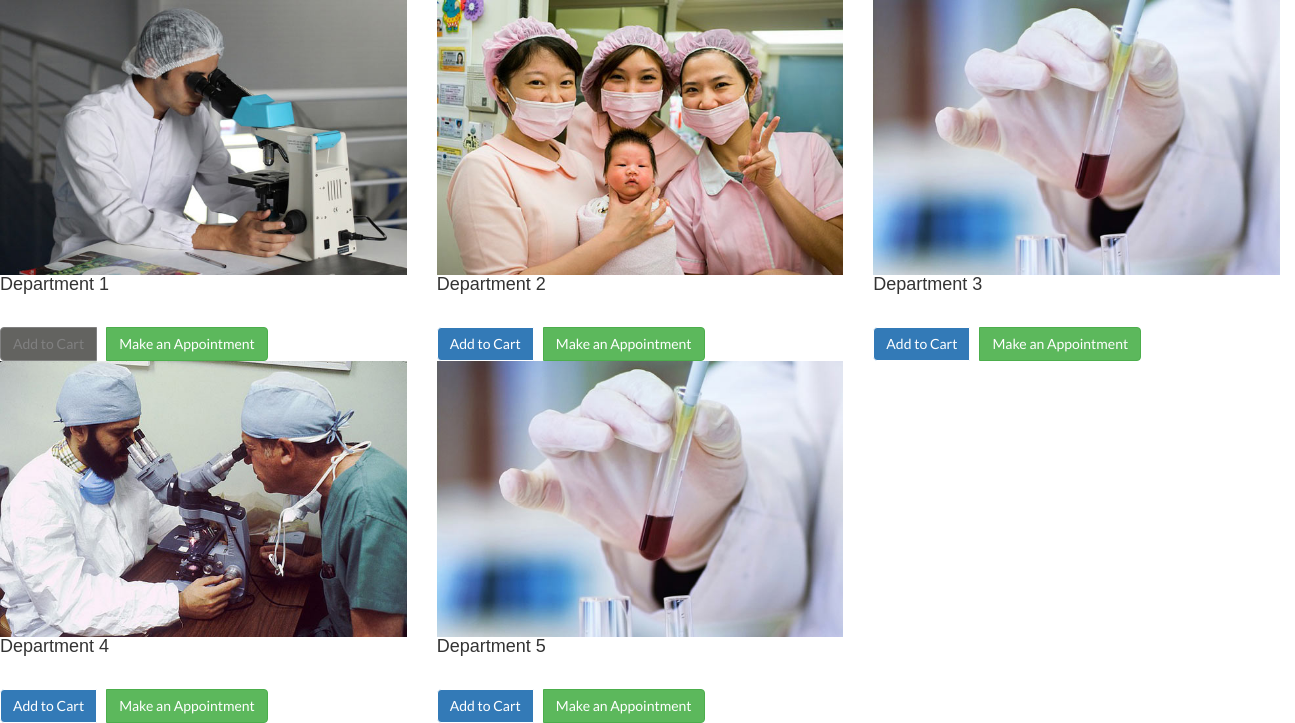
Repository: 72-faisal/work_to_do
Page: http://localhost/Khajina_Doctor/Department-home.jsp
These files come from the project's save history. The page is drawn as it stood at one moment and after the next save; the edit follows.
The browser window is 1280 px wide. The page is 1295 px wide, so the pictures cover 1295 px, including what lies to the right of the window. The pictures show the whole page.
The pointer rests on the first visible `.btn-primary`.
Some web fonts or font styles are not loaded; a fallback is used. The page is served by Tomcat 9. Other server files are loaded and not shown.

Above is the page before, as saved 2023-04-15 19:47:15.

### Khajina_Doctor/Khajina_Doctor/src/main/webapp/Department-home.jsp
<%@ page language="java" contentType="text/html; charset=ISO-8859-1"
    pageEncoding="ISO-8859-1"%>
<!DOCTYPE html>
<html>
<head>
<meta charset="ISO-8859-1">
<title>KhajjinaDoc a Medical Online Solution |</title>
<!-- for-meta-tags-->
<meta name="viewport" content="width=device-width, initial-scale=1">
<meta http-equiv="Content-Type" content="text/html; charset=utf-8" />
<meta name="keywords" content="Health Plus Responsive web template, Bootstrap Web Templates, Flat Web Templates, Android Compatible web template,
Smartphone Compatible web template, free web designs for Nokia, Samsung, LG, SonyEricsson, Motorola web design" />
<script type="application/x-javascript"> addEventListener("load", function() { setTimeout(hideURLbar, 0); }, false);
		function hideURLbar(){ window.scrollTo(0,1); } </script>
<!-- //for-meta-tags-->
<link href="css/bootstrap.css" rel="stylesheet" type="text/css" media="all" />
<link rel="stylesheet" href="css/flexslider.css" type="text/css" media="screen" Department="" />
<link href="css/services.css" rel="stylesheet" type="text/css" media="all" />
<link href="css/ziehharmonika.css" rel="stylesheet" type="text/css">
<link href="css/JiSlider.css" rel="stylesheet">
<link href="css/style.css" rel="stylesheet" type="text/css" media="all" />
<!-- font-awesome icons -->
<link href="css/font-awesome.css" rel="stylesheet">
<!-- //font-awesome icons -->
<link href="//fonts.googleapis.com/css?family=Raleway:200,200i,300,300i,400,400i,500,500i,600,600i,700,700i,800" rel="stylesheet">
<link href="//fonts.googleapis.com/css?family=Lato:300,300i,400,400i,700,900" rel="stylesheet">
<style>
.department .btn-group .btn:first-child {
  margin-right: 10px;
}

.btn-primary:hover {
  filter: brightness(50%);
}

</style>
</head>
<body>
<div class="department-box">
    <div class="row">
        <div class="col-md-4 department">
            <img src="images/g1.jpg" alt=" " class="img-responsive" />
            <div class="overlay">
                <h4>Department 1</h4>
                <ul class="social_agileinfo">
                    <li><a href="#" class="w3_facebook"><i class="fa fa-facebook"></i></a></li>
                    <li><a href="#" class="w3_twitter"><i class="fa fa-twitter"></i></a></li>
                    <li><a href="#" class="w3_instagram"><i class="fa fa-instagram"></i></a></li>
                    <li><a href="#" class="w3_google"><i class="fa fa-google-plus"></i></a></li>
                </ul>
                <div class="btn-group" role="group">
                    <button type="button" class="btn btn-primary">Add to Cart</button>
                    <button type="button" class="btn btn-success">Make an Appointment</button>
                </div>
            </div>
        </div>
        <div class="col-md-4 department">
            <img src="images/g2.jpg" alt=" " class="img-responsive" />
            <div class="overlay">
                <h4>Department 2</h4>
                <ul class="social_agileinfo">
                    <li><a href="#" class="w3_facebook"><i class="fa fa-facebook"></i></a></li>
                    <li><a href="#" class="w3_twitter"><i class="fa fa-twitter"></i></a></li>
                    <li><a href="#" class="w3_instagram"><i class="fa fa-instagram"></i></a></li>
                    <li><a href="#" class="w3_google"><i class="fa fa-google-plus"></i></a></li>
                </ul>
                <div class="btn-group" role="group">
                    <button type="button" class="btn btn-primary">Add to Cart</button>
                    <button type="button" class="btn btn-success">Make an Appointment</button>
                </div>
            </div>
        </div>
        <div class="col-md-4 department">
            <img src="images/g3.jpg" alt=" " class="img-responsive" />
            <div class="overlay">
                <h4>Department 3</h4>
                <ul class="social_agileinfo">
                    <li><a href="#" class="w3_facebook"><i class="fa fa-facebook"></i></a></li>
                    <li><a href="#" class="w3_twitter"><i class="fa fa-twitter"></i></a></li>
                    <li><a href="#" class="w3_instagram"><i class="fa fa-instagram"></i></a></li>
                    <li><a href="#" class="w3_google"><i class="fa fa-google-plus"></i></a></li>
                </ul>
                <div class="btn-group" role="group">
                    <button type="button" class="btn btn-primary">Add to Cart</button>
                    <button type="button" class="btn btn-success">Make an Appointment</button>
                </div>
            </div>
        </div>
    </div>
    <div class="row">
        <div class="col-md-4 department">
            <img src="images/g4.jpg" alt=" " class="img-responsive" />
            <div class="overlay">
                <h4>Department 4</h4>
                <ul class="social_agileinfo">
                    <li><a href="#" class="w3_facebook"><i class="fa fa-facebook"></i></a></li>
                    <li><a href="#" class="w3_twitter"><i class="fa fa-twitter"></i></a></li>
                    <li><a href="#" class="w3_instagram"><i class="fa fa-instagram"></i></a></li>
                    <li><a href="#" class="w3_google"><i class="fa fa-google-plus"></i></a></li>
                </ul>
                <div class="btn-group" role="group">
                    <button type="button" class="btn btn-primary">Add to Cart</button>
                    <button type="button" class="btn btn-success">Make an Appointment</button>
                </div>
            </div>
        </div>
         <div class="col-md-4 department">
            <img src="images/g3.jpg" alt=" " class="img-responsive" />
            <div class="overlay">
                <h4>Department 5</h4>
                <ul class="social_agileinfo">
                    <li><a href="#" class="w3_facebook"><i class="fa fa-facebook"></i></a></li>
                    <li><a href="#" class="w3_twitter"><i class="fa fa-twitter"></i></a></li>
                    <li><a href="#" class="w3_instagram"><i class="fa fa-instagram"></i></a></li>
                    <li><a href="#" class="w3_google"><i class="fa fa-google-plus"></i></a></li>
                </ul>
                <div class="btn-group" role="group">
                    <button type="button" class="btn btn-primary">Add to Cart</button>
                    <button type="button" class="btn btn-success">Make an Appointment</button>
                </div>
            </div>
        </div>
    </div>
    </div>

</body>
</html>

### Khajina_Doctor/Khajina_Doctor/src/main/webapp/css/flexslider.css
/*
 * jQuery FlexSlider v2.0
 * http://www.woothemes.com/flexslider/
 *
 * Copyright 2012 WooThemes
 * Free to use under the GPLv2 license.
 * http://www.gnu.org/licenses/gpl-2.0.html
 *
 * Contributing author: Tyler Smith (@mbmufffin)
 */
/* Browser Resets */
.flex-container a:active,
.flexslider a:active,
.flex-container a:focus,
.flexslider a:focus  {outline: none;}
.slides,
.flex-control-nav,
.flex-direction-nav {margin: 0; padding: 0; list-style: none;}

/* FlexSlider Necessary Styles
*********************************/
.flexslider .slides > li {display: none; -webkit-backface-visibility: hidden;} /* Hide the slides before the JS is loaded. Avoids image jumping */
.flexslider .slides img {margin: 0 auto; display: block;}
.flex-pauseplay span {text-transform: capitalize;}

/* Clearfix for the .slides element */
.slides:after {content: "."; display: block; clear: both; visibility: hidden; line-height: 0; height: 0;}
html[xmlns] .slides {display: block;}
* html .slides {height: 1%;}

/* No JavaScript Fallback */
/* If you are not using another script, such as Modernizr, make sure you
 * include js that eliminates this class on page load */
.no-js .slides > li:first-child {display: block;}


/* FlexSlider Default Theme
*********************************/
.flexslider {
	border: 0px;
	position: relative;
	zoom: 1;
	overflow: hidden;
}
.flex-viewport {max-height: 2000px; -webkit-transition: all 1s ease; -moz-transition: all 1s ease; transition: all 1s ease;}
.loading .flex-viewport {max-height: 300px;}
.flexslider .slides {zoom: 1;}

.carousel li {margin-right: 5px}


/* Direction Nav */
.flex-direction-nav a {
	margin: 0;
    background: none;
    position: absolute;
    z-index: 10;
    cursor: pointer;
    opacity: .8;
    -webkit-transition: all .3s ease;
    font-family: FontAwesome;
    font-size: 2em;
    color: #fff;
	text-decoration: none;
	top: 50%;
}
.flex-direction-nav .flex-next {
    right: 5%;
}
.flex-direction-nav .flex-prev {
	left:5%;
}
.flex-direction-nav .flex-next:before{
	content:"\f178";
}
.flex-direction-nav .flex-prev:before{
	content:"\f177";
}
.flexslider:hover .flex-next {opacity: 1;}
.flexslider:hover .flex-prev {opacity: 1;}
.flexslider:hover .flex-next:hover, .flexslider:hover .flex-prev:hover {opacity: 1;}
.flex-direction-nav .flex-disabled {opacity: .3!important; filter:alpha(opacity=30); cursor: default;}
/* Control Nav */
.flex-control-nav {
	display: block;
    position: absolute;
    right: 5%;
    top: 20%;
}
.flex-control-nav li {
    margin: 15px 0;
    display: block;
    zoom: 1;
    position: relative;
}
.flex-control-paging li a {
	width: 15px;
    height: 15px;
    display: none;
    cursor: pointer;
    text-indent: -9999px;
    border: 5px solid rgba(255, 255, 255, 0.38);
    background: #bababa;
    text-align: center;
    border-radius: 15px;
}
.flex-control-paging li a.flex-active {
	background:#ff464f;
	cursor: default;
	transform: rotateX(360deg);
	-webkit-transform: rotateX(360deg);
	-moz-transform: rotateX(360deg);
	-o-transform: rotateX(360deg);
	-ms-transform: rotateX(360deg);
    transition: transform 2s;
}
.flex-control-thumbs {margin: 5px 0 0; position: static; overflow: hidden;}
.flex-control-thumbs li {width: 25%; float: left; margin: 0;}
.flex-control-thumbs img {width: 100%; display: block; opacity: .7; cursor: pointer;}
.flex-control-thumbs img:hover {opacity: 1;}
.flex-control-thumbs .flex-active {opacity: 1; cursor: default;}
@media screen and (max-width:1366px) {

}
@media screen and (max-width:1080px) {

}
@media screen and (max-width: 991px){

}
@media screen and (max-width: 667px){

}
@media screen and (max-width: 640px){

}
@media screen and (max-width: 600px){

}
@media screen and (max-width: 480px) {
	section.slider {
		padding-top: 0;
	}

}
@media screen and (max-width: 414px){

}
@media screen and (max-width: 384px){

}
@media screen and (max-width: 375px) {

}
@media screen and (max-width: 320px) {

}

### Khajina_Doctor/Khajina_Doctor/src/main/webapp/css/services.css
.ch-item {
	width: 100%;
	height: 100%;
	border-radius: 50%;
	position: relative;
	cursor: default;
	-webkit-perspective: 900px;
	-moz-perspective: 900px;
	-o-perspective: 900px;
	-ms-perspective: 900px;
	perspective: 900px;
}
.ch-info{
	position: absolute;
	width: 100%;
	height: 100%;
	-webkit-transform-style: preserve-3d;
	-moz-transform-style: preserve-3d;
	-o-transform-style: preserve-3d;
	-ms-transform-style: preserve-3d;
	transform-style: preserve-3d;
}
.ch-info > div {
	display: block;
	position: absolute;
	width: 100%;
	height: 100%;
	border-radius: 50%;
	background-position: center center;
	-webkit-transition: all 0.4s linear;
	-moz-transition: all 0.4s linear;
	-o-transition: all 0.4s linear;
	-ms-transition: all 0.4s linear;
	transition: all 0.4s linear;
	-webkit-transform-origin: 50% 0%;
	-moz-transform-origin: 50% 0%;
	-o-transform-origin: 50% 0%;
	-ms-transform-origin: 50% 0%;
	transform-origin: 50% 0%;
}

.ch-info .ch-info-front {
      border: 10px solid #1c588e;
    background: #fff;
}

.ch-info .ch-info-back {
	-webkit-transform: translate3d(0,0,-220px) rotate3d(1,0,0,90deg);
	-moz-transform: translate3d(0,0,-220px) rotate3d(1,0,0,90deg);
	-o-transform: translate3d(0,0,-220px) rotate3d(1,0,0,90deg);
	-ms-transform: translate3d(0,0,-220px) rotate3d(1,0,0,90deg);
	transform: translate3d(0,0,-220px) rotate3d(1,0,0,90deg);
	background: #000;
	opacity: 0;
}
.ch-info-front.ch-img-1 i,.ch-info-front.ch-img-2 i,.ch-info-front.ch-img-3 i ,.ch-info-front.ch-img-4 i ,.ch-info-front.ch-img-5 i   {
    color: #232323;
    font-size: 4em;
    line-height: 3em;
}

.ch-info h5 {
    color: #fff;
    text-transform: uppercase;
    letter-spacing: 2px;
    font-size: 20px;
    margin: 0 15px;
    padding: 78px 0 0 0;
    height: 110px;
    text-shadow: 0 0 1px #fff, 0 1px 2px rgba(0,0,0,0.3);
}

.ch-info p {
	color: #de0f17;
    padding:10px 5px;
    font-style:italic;
    margin:0 30px;
    font-size:12px;
    border-top:1px solid rgba(47, 46, 46, 0.5);
}

.ch-info p a {
	display: block;
	color: #fff;
	color: rgba(255,255,255,0.7);
	font-style: normal;
	font-weight: 700;
	text-transform: uppercase;
	font-size: 9px;
	letter-spacing: 1px;
	padding-top: 4px;
	font-family: 'Open Sans', Arial, sans-serif;
}

.ch-info p a:hover {
	color: #fff222;
	color: rgba(255,242,34, 0.8);
}

.ch-item:hover .ch-info-front {
	-webkit-transform: translate3d(0,280px,0) rotate3d(1,0,0,-90deg);
	-moz-transform: translate3d(0,280px,0) rotate3d(1,0,0,-90deg);
	-o-transform: translate3d(0,280px,0) rotate3d(1,0,0,-90deg);
	-ms-transform: translate3d(0,280px,0) rotate3d(1,0,0,-90deg);
	transform: translate3d(0,280px,0) rotate3d(1,0,0,-90deg);
	opacity: 0;
}

.ch-item:hover .ch-info-back {
	-webkit-transform: rotate3d(1,0,0,0deg);
	-moz-transform: rotate3d(1,0,0,0deg);
	-o-transform: rotate3d(1,0,0,0deg);
	-ms-transform: rotate3d(1,0,0,0deg);
	transform: rotate3d(1,0,0,0deg);
	opacity: 1;
}

### Khajina_Doctor/Khajina_Doctor/src/main/webapp/css/ziehharmonika.css
/* @author Tim himself */

.ziehharmonika h3 {
    background: rgba(255, 255, 255, 0);
    color: #151414;
    text-align: left;
    border-radius: 0px;
    padding: 25px 20px;
    cursor: pointer;
    margin-top: 0;
    margin-bottom: 25px;
    padding-right: 40px;
    transition: 0.25s all;
    position: relative;
    border: 6px solid #191919;
    font-weight: 700;
    letter-spacing: 1px;
}
.ziehharmonika h3.active {
    margin-bottom: 21px;
  background: #207fdc;
    border: 6px solid rgba(44, 185, 139, 0.01);
}
.ziehharmonika h3::before {
	content: attr(data-prefix);
	font-size: 18px;
	margin-right: 9px;
}
.ziehharmonika > div {
	display: none;
	    background: #fff;
    border-radius: 0;
    border: 1px solid #cdcdcd;
    text-align: left;
    padding: 31px 33px;
    margin-bottom: 9px;
}
.ziehharmonika .arrowDown {
	width: 0;
	height: 0;
	border-style: solid;
	border-width: 13.0px 7.5px 0 7.5px;
	border-color: #272e35 transparent transparent transparent;
	position: absolute;
	bottom: 0;
	left: 40px;
	transition: 0.25s all;
	opacity: 0;
}
.ziehharmonika .active .arrowDown {
       bottom: -18px;
    border-color: #207fdc transparent transparent transparent;
    opacity: 1;
}
.ziehharmonika .collapseIcon {
	    position: absolute;
    right: 20px;
    top: 52%;
    font-size: 30px;
    font-weight: 400;
    -ms-transform: translate(0, -50%);
    transform: translate(0, -50%);
}
/*--/Responsive--*/
@media(max-width:640px){
	.ziehharmonika > div {
		display: none;
		background: #fff;
		border-radius: 0;
		border: 1px solid #cdcdcd;
		text-align: left;
		padding: 15px 15px;
		margin-bottom: 9px;
	}
	.ziehharmonika h3 {
      padding: 15px 20px;
	}
}
@media(max-width:414px){
	.ziehharmonika h3 {
		padding: 9px 15px;
		margin-bottom: 14px;
		padding-right: 40px;
		font-size: 1.2em;
	}
}
/*--//Responsive--*/

### Khajina_Doctor/Khajina_Doctor/src/main/webapp/css/JiSlider.css
/****** JiSlider css ******/
	#JiSlider {
				width: 100%;
				height: 100%;
			}
.jislider ul {
	height: 100%;
	margin: 0;
	padding: 0;
	position: relative;
	list-style-type: none;
}

.jislider ul li {
	position: relative;
	height: 100%;
	float: left;
	overflow: hidden;
}

.jislider__img {
	position: absolute;
	top: 0;
	left: 0;
	background-size: cover;
	background-position: center;
	width: 100%;
	height: 100%;
	z-index: -1;
}

.jislider__left-arrow {
	position: absolute;
	left: 30px;
	top: 0;
	bottom: 0;
	margin: auto;
	width: 30px;
	height: 60px;
	cursor: pointer;
}

.jislider__left-arrow__top {
	content: '';
	position: absolute;
	top: 0;
	left: 0;
	width: 2px;
	height: 30px;
	background-color: inherit;
	-webkit-transform: rotate(30deg) translateX(10px) translateY(-3px);
	-ms-transform: rotate(30deg) translateX(10px) translateY(-3px);
	transform: rotate(30deg) translateX(10px) translateY(-3px);
}

.jislider__left-arrow__bottom {
	content: '';
	position: absolute;
	bottom: 0;
	left: 0;
	width: 2px;
	height: 30px;
	background-color: inherit;
	-webkit-transform: rotate(-30deg) translateX(10px) translateY(3px);
	-ms-transform: rotate(-30deg) translateX(10px) translateY(3px);
	transform: rotate(-30deg) translateX(10px) translateY(3px);
}


.jislider__right-arrow {
	position: absolute;
	right: 30px;
	top: 0;
	bottom: 0;
	margin: auto;
	width: 30px;
	height: 60px;
	cursor: pointer;
}

.jislider__right-arrow__top {
	content: '';
	position: absolute;
	top: 0;
	right: 0;
	width: 2px;
	height: 30px;
	background-color: inherit;
	-webkit-transform: rotate(-30deg) translateX(-10px) translateY(-3px);
	-ms-transform: rotate(-30deg) translateX(-10px) translateY(-3px);
	transform: rotate(-30deg) translateX(-10px) translateY(-3px);
}

.jislider__right-arrow__bottom {
	content: '';
	position: absolute;
	bottom: 0;
	right: 0;
	width: 2px;
	height: 30px;
	background-color: inherit;
	-webkit-transform: rotate(30deg) translateX(-10px) translateY(3px);
	-ms-transform: rotate(30deg) translateX(-10px) translateY(3px);
	transform: rotate(30deg) translateX(-10px) translateY(3px);
}

.jislider__controller {
    position: absolute;
    max-width: 80%;
    padding: 0 10px;
    left: -54%;
    right: 0;
    bottom: 20%;
    margin: auto;
    text-align: center;
}

.jislider__button {
    display: inline-block;
    width: 36px;
    height: 5px;
    margin: 0 0 0 7px;
    cursor: pointer;
    border: 2px solid #fff!important;
    background: #fff!important;
    box-shadow: 3px 3px rgba(0, 0, 0, 0.34);
}
.jislider__button.jislider__on{
	background:#de0f17!important;
    border:2px solid #de0f17!important;
    height:5px;
    width:36px;
	border-radius:0px!important;
}
.jislider__controller {
    width: 200px!important;
}
/*--start-responsive-design--*/
@media (max-width:1680px){
	.jislider__controller {
		left: -61%;
	}
}
@media (max-width:1600px){
	.jislider__controller {
		left: -64%;
	}
}
@media (max-width:1440px){
	.jislider__controller {

		bottom: 20%;
		left: -71%;
        right: 0;
	}
}
@media (max-width:1366px){
	.jislider__controller {
		bottom: 20%;
		left: -74%;
		right: 0;
	}
}
@media (max-width:1280px){

	.jislider__controller {
		left: -80%;
		right: 0;
		bottom: 20%;
	}
}
@media (max-width:1080px){
	.jislider__controller {
		left: -76%;
		right: 0;
		bottom: 24%;
	}
}
@media (max-width:1050px){
 .jislider__controller {
		left: -78%;
		right: 0;
		bottom: 24%;
	}
}
@media (max-width:1024px){
	.jislider__controller {
		left: -80%;
		right: 0;
		bottom: 26%;
	}
}
@media (max-width:991px){

	.jislider__controller {
		left: -63%;
		right: 0;
		bottom: 23%;
	}
}
@media (max-width:800px){
	.jislider__controller {
		left: -67%;
		right: 0;
		bottom: 23%;
	}
}
@media (max-width:768px){
	.jislider__controller {
		left: -72%;
		right: 0;
		bottom: 23%;
	}
}
@media (max-width:736px){
	.jislider__controller {
		left: -63%;
		right: 0;
		bottom: 27%;
	}
}
@media (max-width:667px){
   .jislider__controller {
		left: -66%;
		right: 0;
		bottom: 27%;
	}

}
@media (max-width:640px){
	.jislider__controller {
		left: -61%;
		right: 0;
		bottom: 23%;
	}
}
@media (max-width:600px){
	.jislider__controller {
		left: -60%;
		right: 0;
		bottom: 20%;
	}
}
@media (max-width:568px){
	.jislider__button {
		display: inline-block;
		width: 27px;
	}
}
@media (max-width:480px){

	.jislider__controller {
		left: -53%;
		right: 0;
		bottom: 22%;
	}
	.jislider__button {
		display: inline-block;
		width: 26px;
		height: 5px;
		margin: 0 0 0 7px;
	}
}
@media (max-width:414px){
	.jislider__left-arrow {
		position: absolute;
		left: 10px;
		top: 0;
		bottom: 0;
		margin: auto;
		width: 30px;
		height: 60px;
		cursor: pointer;
	}
	.jislider__right-arrow {
		position: absolute;
		right: 10px;
		top: 0;
		bottom: 0;
		margin: auto;
		width: 30px;
		height: 60px;
		cursor: pointer;
	}
	.jislider__controller {
		left: -53%;
		right: 0;
		bottom: 19%;
	}
}
@media (max-width:384px){
	.jislider__controller {
		padding: 0 0px;
		left: -49%;
		right: 0;
		bottom: 14%;
	}
}

Loaded but not shown: Khajina_Doctor/Khajina_Doctor/src/main/webapp/css/bootstrap.css (library); Khajina_Doctor/Khajina_Doctor/src/main/webapp/css/font-awesome.css (library); Khajina_Doctor/Khajina_Doctor/src/main/webapp/css/style.css (4106 lines, source omitted)

After the next save:
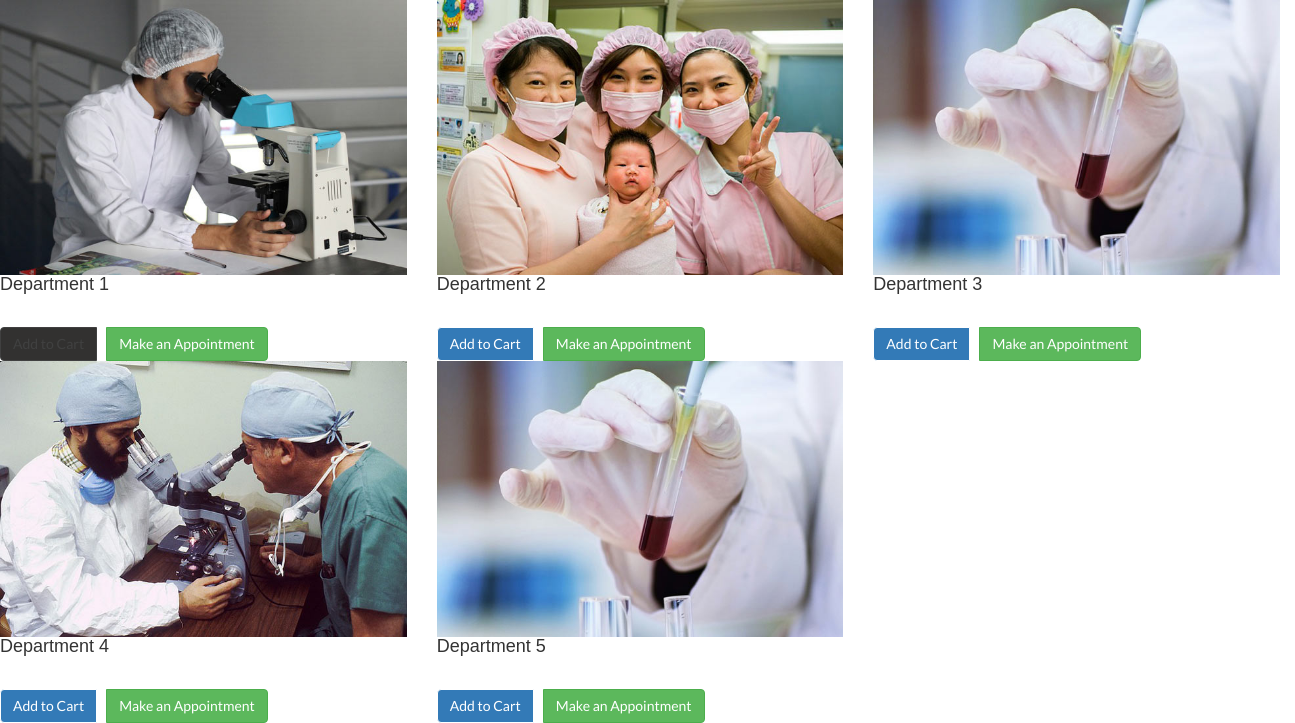
Saved 44 s later.
--- a/Khajina_Doctor/Khajina_Doctor/src/main/webapp/Department-home.jsp
+++ b/Khajina_Doctor/Khajina_Doctor/src/main/webapp/Department-home.jsp
@@ -30,7 +30,7 @@ Smartphone Compatible web template, free web designs for Nokia, Samsung, LG, Son
 }
 
 .btn-primary:hover {
-  filter: brightness(50%);
+  filter: brightness(25%);
 }
 
 </style>
